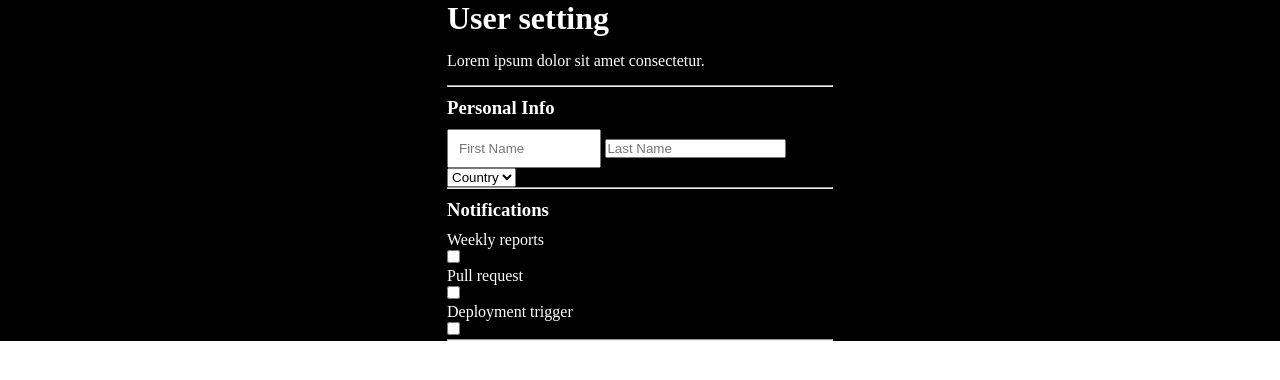
Repository: imokha01/DOM
Page: index.html
An editor plug-in stored every save of this project. The page is shown before and after a run of saves, followed by the edit.
The browser window is 1280 px wide. The pictures show the whole page.

Above is the page before, as saved 2023-12-19 17:21:20.

### index.html
<!DOCTYPE html>
<html lang="en">
  <head>
    <meta charset="UTF-8" />
    <meta name="viewport" content="width=device-width, initial-scale=1.0" />
    <title>Document</title>
    <link rel="stylesheet" href="./index.css" />
  </head>
<body>
  <div class="form_container">
    <form action="#">
      <div>
          <h1>User setting</h1>
          <p id="userPara">Lorem ipsum dolor sit amet consectetur.</p>
      </div>
      <hr>
      <div>
        <h3>Personal Info</h3>
        <input type="text" class="firstName" placeholder="First Name">
        <input type="text" class="lastName" placeholder="Last Name"> <br>
        <select>
            <option value="country" disabled hidden selected>Country</option>
            <option value="Nigeria">Nigeria</option>
            <option value="ghana">Ghana</option>
            <option value="algeria">Algeria</option>
        </select>
        <hr>
        <div>
          <h3>Notifications</h3>
          <div class="weeklyReport">
            <p class="week-para">Weekly reports</p>
            <!-- Rounded switch -->
            <label class="switch">
                 <input type="checkbox">
                <span class="slider round"></span>
            </label>
          </div>
          <div class="pullRequest">
            <p class="pull-para">Pull request</p>
            <!-- Rounded switch -->
            <label class="switch">
                 <input type="checkbox">
                <span class="slider round"></span>
            </label>
          </div>
          <div class="deployment">
            <p class="depoly-para">Deployment trigger</p>
            <!-- Rounded switch -->
          <label class="switch">
                 <input type="checkbox">
                <span class="slider round"></span>
            </label>
          </div>
          <hr>



        </div>
      </div>
    </form>


  </div>
    <script src="./index.js"></script>
  </body>
</html>

### index.css
* {
    margin: 0;
    padding: 0;
    box-sizing: border-box;
}

.form_container {
    display: flex;
    justify-content: center;
    align-items: center;
    gap: 2px;
    background-color: black;
    color: while;
}

form {
    color: white;
}

#userPara {
    padding: 15px 0;
}

h3 {
    margin: 10px 0;
}

.firstName{
    width: 40%;
    padding: 10px
}







/* * The switch - the box around the slider */
/* .switch {
  position: relative;
  display: inline-block;
  width: 60px;
  height: 34px;
} */

/* Hide default HTML checkbox */
/* .switch input {
  opacity: 0;
  width: 0;
  height: 0;
} */

/* The slider */
/* .slider {
  position: absolute;
  cursor: pointer;
  top: 0;
  left: 0;
  right: 0;
  bottom: 0;
  background-color: #ccc;
  -webkit-transition: .4s;
  transition: .4s;
} */

.slider:before {
  position: absolute;
  content: "";
  height: 26px;
  width: 26px;
  left: 4px;
  bottom: 4px;
  -webkit-transition: .4s;
  transition: .4s;
}

input:checked + .slider {
  background-color: #2196F3;
}

input:focus + .slider {
  box-shadow: 0 0 1px #2196F3;
}

input:checked + .slider:before {
  -webkit-transform: translateX(26px);
  -ms-transform: translateX(26px);
  transform: translateX(26px);
}

/* Rounded sliders */
.slider.round {
  border-radius: 34px;
}

.slider.round:before {
  border-radius: 50%;
} */

### index.js
// const button = document.getElementsByTagName("button")[0]
// console.log(button)

// button.style.backgroundColor = "skyblue"
// button.style.padding = "20px";
// button.style.border = "none";
// button.style.borderRadius = "10px";
// button.style.fontSize  = "1.5em";
// button.style.color = "red";

// const body = document.querySelector("body")
// body.style.backgroundColor = "lightgreen";

const newDiv = document.createElement("div");
const newContent = document.createTextNode("hey, What is up");
newDiv.appendChild(newContent);
console.log(newDiv)

const button = document.createElement("button")

After the next 2 saves:
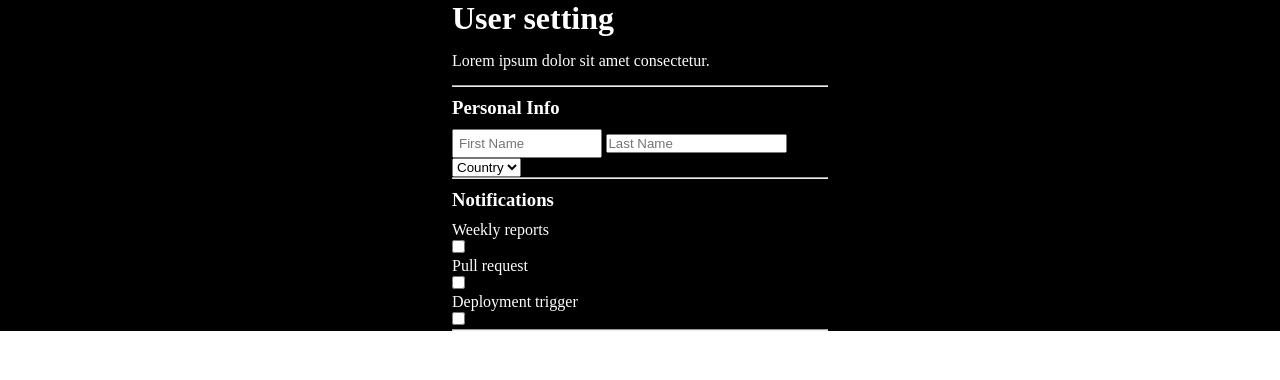
The 2 saves are shown as one change because they came seconds apart.
The last was saved 6 s later.
--- a/index.css
+++ b/index.css
@@ -27,7 +27,7 @@ h3 {
 
 .firstName{
     width: 40%;
-    padding: 10px
+    padding: 5px
 }
 
 
